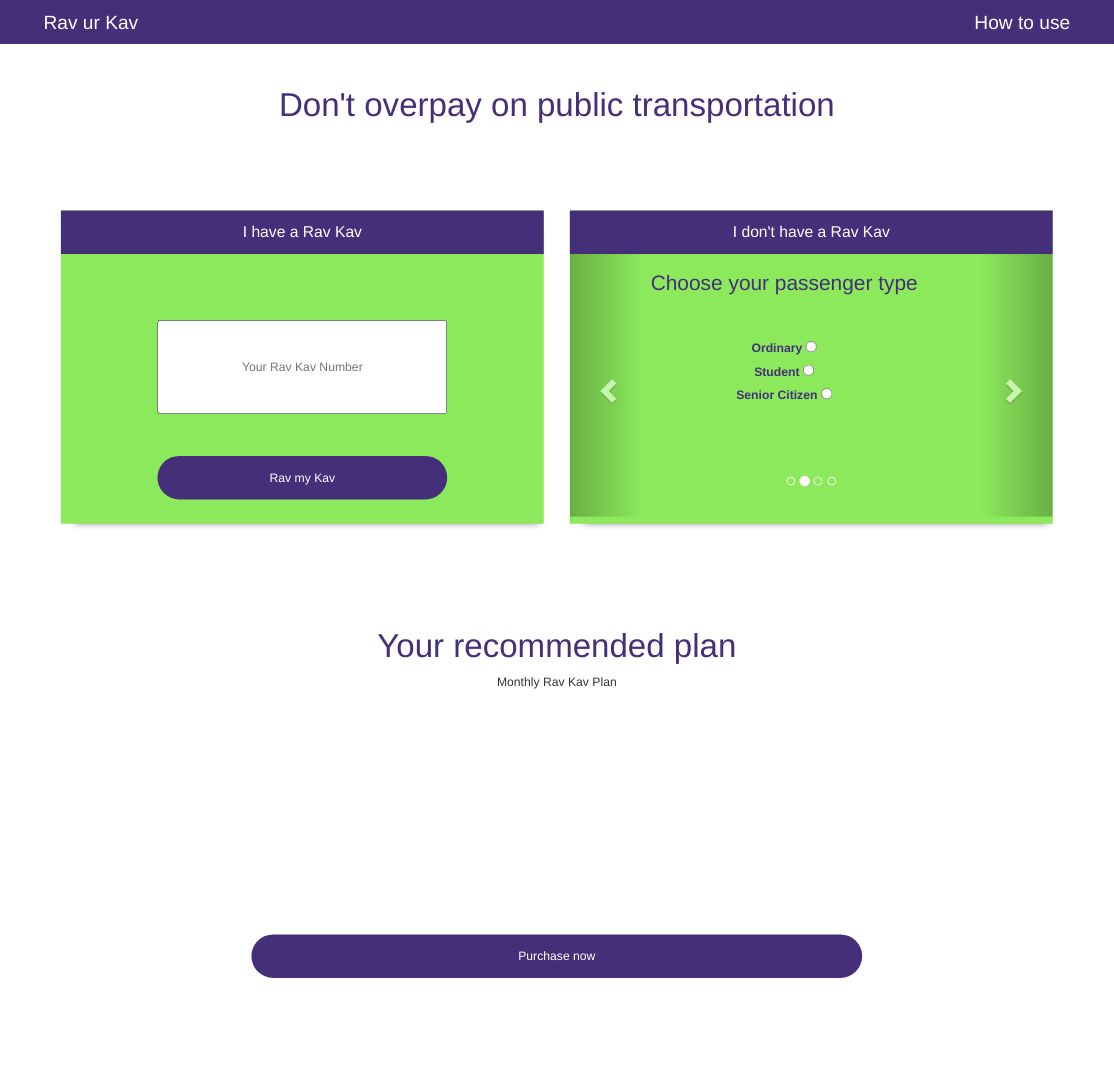
Repository: Louhla/Rav-ur-Kav
Page: index.html
The author's editor kept a copy of each file at every save. The page is drawn from the files as they stood at one save, then again after the next save.
The browser window is 1280 px wide. The pictures show the whole page, at 87% of full size.

Above is the page before, as saved 2019-07-18 13:25:06.
Console error: SyntaxError: Unexpected token ')'

After the next save:
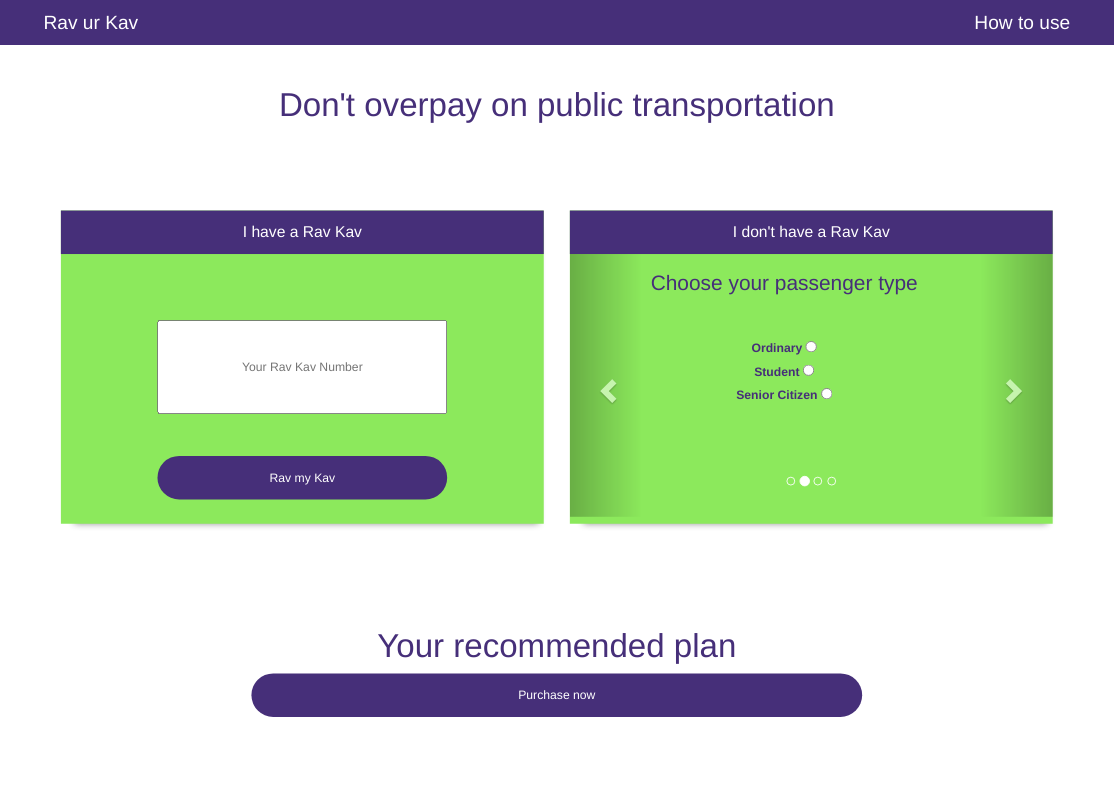
Saved 22 s later.
--- a/css/rav-ur-kav.css
+++ b/css/rav-ur-kav.css
@@ -16,7 +16,7 @@ body {
     display: none;
 }
 #plan1{
-    display: inline-block;
+    display: none;
 }
 #modal-wrapper .modal {
     background-color: #462F79;
